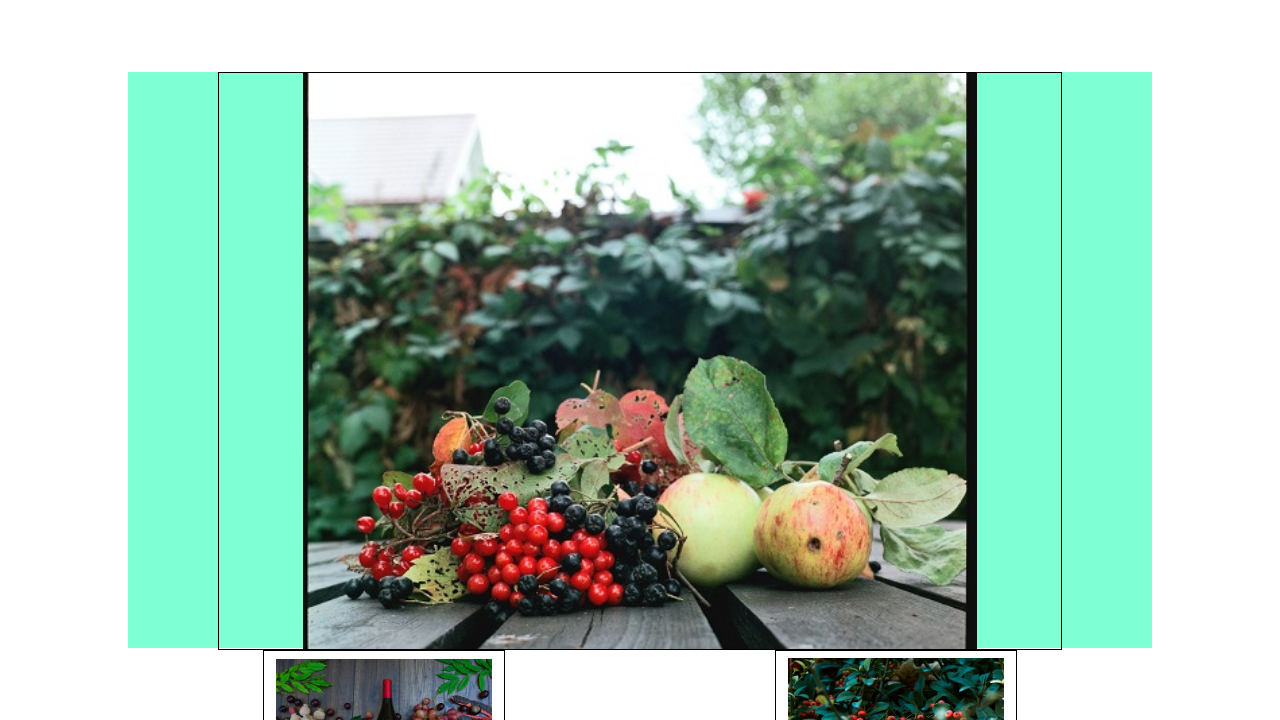
Repository: lidkaa/devTasks
Page: 0. Zadania Testowe/zadania/FlexboxCentered.html
An editor plug-in stored every save of this project. The page is shown before and after the next save, followed by the edit.
The browser window is 1280 px wide. The pictures show the whole page.
The pointer rests on the first visible `.cell`.

Above is the page before, as saved 2022-02-01 10:12:43.

### 0. Zadania Testowe/zadania/FlexboxCentered.html
<!DOCTYPE html>
<html lang="en">
<head>
    <meta charset="UTF-8">
    <meta http-equiv="X-UA-Compatible" content="IE=edge">
    <meta name="viewport" content="width=device-width, initial-scale=1.0">
    <link rel="stylesheet" type="text/css" href="flexboxcentered.css">
    <title>Document</title>
</head>
<body>
    <div class="presentation">
        <ul class="cells">
            <li class="cell">
                <img />
            </li>
            <li class="cell">
                <img />
            </li>
            <li class="cell">
                <img />
            </li>
            <li class="cell">
                <img />
            </li>
            <li class="cell">
                <img />
            </li>
            <li class="cell">
                <img />
            </li>
            <li class="cell">
                <img />
            </li>
            <li class="cell">
                <img />
            </li>
            <li class="cell">
                <img />
            </li>
        </ul>
    </div>
</body>
</html>

### 0. Zadania Testowe/zadania/flexboxcentered.css
* {
    margin: 0;
    padding: 0;
}

.presentation {
    position: fixed;
    height: 100vh;
    width: 100vw;
    display: flex;
    justify-content: center;
    align-items: center;
}

.cells {
    display: flex;
    justify-content: space-around;
    align-items: center;
    flex-direction: row;
    flex-wrap: wrap;
    list-style-type: none;
    height: 80vh;
    width: 80vw;
    background-color: aquamarine;
    position: relative;
}

.cell {
    height: 10em;
    width: 15em;
    border: 1px solid black;
    margin: 0 90px;
    overflow: hidden;
    transition: .2s ;
}

.cell:nth-child(1) {
    background-image: url('./pexel/pexel1.jpg');
    background-position: center;
    background-size: 90%;
    background-repeat: no-repeat;
  }
  .cell:nth-child(2) {
    background-image: url('./pexel/pexel2.jpg');
    background-position: center;
    background-size: 90%;
    background-repeat: no-repeat;
  }
  .cell:nth-child(3) {
    background-image: url('./pexel/pexel3.jpg');
    background-position: center;
    background-size: 90%;
    background-repeat: no-repeat;
  }
  .cell:nth-child(4) {
    background-image: url('./pexel/pexel4.jpg');
    background-position: center;
    background-size: 90%;
    background-repeat: no-repeat;
  }
  .cell:nth-child(5) {
    background-image: url('./pexel/pexel5.jpg');
    background-position: center;
    background-size: 90%;
    background-repeat: no-repeat;
  }
  .cell:nth-child(6) {
    background-image: url('./pexel/pexel6.jpg');
    background-position: center;
    background-size: 90%;
    background-repeat: no-repeat;
  }
  .cell:nth-child(7) {
    background-image: url('./pexel/pexel7.jpg');
    background-position: center;
    background-size: 90%;
    background-repeat: no-repeat;
  }
  .cell:nth-child(8) {
    background-image: url('./pexel/pexel8.jpg');
    background-position: center;
    background-size: 90%;
    background-repeat: no-repeat;
  }
  .cell:nth-child(9) {
    background-image: url('./pexel/pexel9.jpg');
    background-position: center;
    background-size: 90%;
    background-repeat: no-repeat;
  }
  .cell:hover {
    /* position: fixed; */
    width: 100%;
    height: 100%;
    background-size: 80%;
  }
  .cell:hover:active {
    position: static;
    height: 10em;
    width: 15em;
    border: 1px solid black;
    margin: 0 90px;
    overflow: hidden;
  }

After the next save:
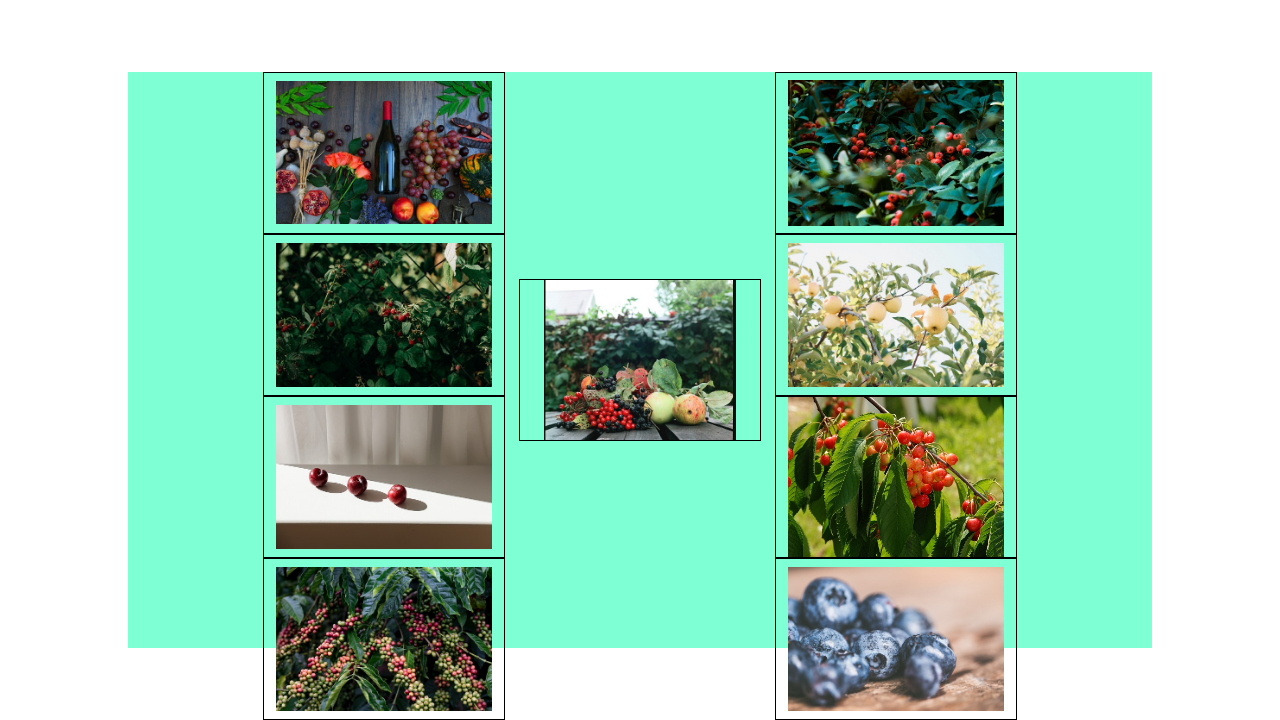
Saved 89 s later.
--- a/0. Zadania Testowe/zadania/flexboxcentered.css
+++ b/0. Zadania Testowe/zadania/flexboxcentered.css
@@ -89,9 +89,9 @@
     background-repeat: no-repeat;
   }
   .cell:hover {
-    /* position: fixed; */
-    width: 100%;
-    height: 100%;
+    position: fixed;
+    /* width: 100%; */
+    /* height: 100%; */
     background-size: 80%;
   }
   .cell:hover:active {
